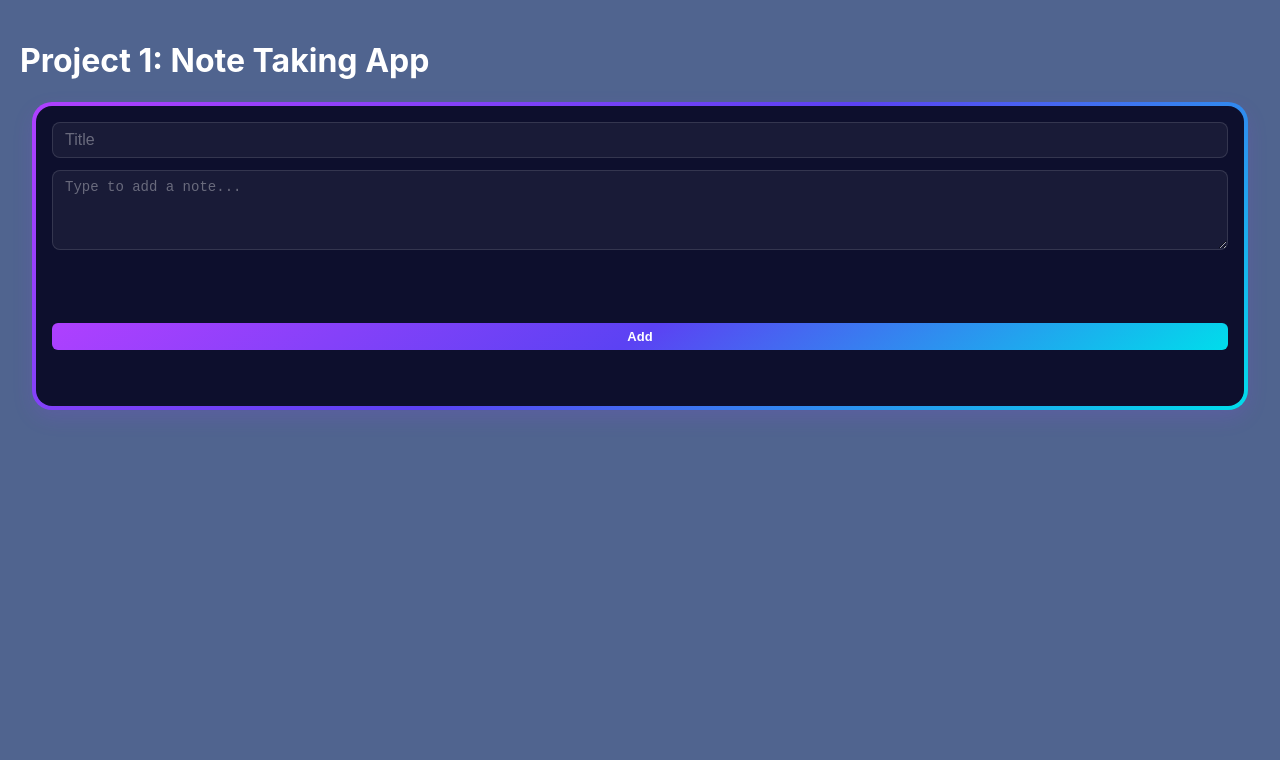
Repository: AJANI2005/Notes-App
Page: /
The author's editor kept a copy of each file at every save. The page is drawn from the files as they stood at one save, then again after the next save.
The browser window is 1280 px wide. The pictures show the whole page.
The project was rebuilt for these pictures with package versions that can differ from the ones it lists, and the page was loaded fresh each time. Also part of the build but not shown: vite.config.ts, src/App.css, src/style/dialogbox.css, src/DialogBox.tsx.

Above is the page before, as saved 2025-07-31 19:01:47.

### src/index.css
:root {
  font-family: system-ui, Avenir, Helvetica, Arial, sans-serif;
  font-synthesis: none;
  text-rendering: optimizeLegibility;
  -webkit-font-smoothing: antialiased;
  -moz-osx-font-smoothing: grayscale;
}

body {
    margin: 0;
    font-family: 'Inter', sans-serif;
    min-height: 100vh;
    padding: 20px;
    background-color: #50648f;
    color: white;
}

### src/App.tsx
import { useEffect, useState } from 'react';

// styles
import "./App.css"
import "./style/note.css"
import DialogBox from './DialogBox';


interface Note {
  id: number
  title: string;
  text: string;
}

const Note = () => {
  const [text, setText] = useState('');
  const [title, setTitle] = useState('');


  //Initialize Local Storage
  useEffect(() => {
    if (!localStorage.getItem("notes")) {
      localStorage.setItem("notes", JSON.stringify([]))
    }
    if (localStorage.getItem("title")) {
      setTitle(JSON.parse(localStorage.getItem("title")!))
    }
    if (localStorage.getItem("text")) {
      setText(JSON.parse(localStorage.getItem("text")!))
    }
  }, [])

  // Store Current Data (On Refresh)
  useEffect(() => {
    if (text === '' && title === '') return
    localStorage.setItem("title", JSON.stringify(title))
    localStorage.setItem("text", JSON.stringify(text))
  }, [text, title])

  const createNote = () => {
    const note = {
      id: Date.now(),
      title: title,
      text: text
    } as Note

    // add note
    const notes = JSON.parse(localStorage.getItem("notes")!)
    notes.push(note)
    localStorage.setItem("notes", JSON.stringify(notes))

    // reset state
    setTitle("")
    setText("")
    localStorage.setItem("title", JSON.stringify(""))
    localStorage.setItem("text", JSON.stringify(""))
  }

  return (
    <form className='note'>
      <div className="note-content">
        <input
          value={title}
          placeholder='Title'
          onChange={(e) => setTitle(e.target.value)}
          type="text" className='note-title-input' />
        <textarea
          value={text}
          onChange={(e) => setText(e.target.value)}
          className='note-input'
          placeholder='Type to add a note...'></textarea>
        <button className='addBtn' onClick={createNote}>Add</button>
      </div>

    </form>
  )
}

function App() {

  const [notes, setNotes] = useState([]);



  const [editing, setEditing] = useState(false);
  const [currentNote, setCurrentNote] = useState<Note | undefined>(undefined);


  //Initialize Local Storage
  useEffect(() => {
    if (localStorage.getItem("notes")) {
      setNotes(JSON.parse(localStorage.getItem("notes")!))
    }
  }, [])

  //Save current note
  const saveNote = () => {
    const notes = JSON.parse(localStorage.getItem("notes")!)
    const index = notes.findIndex((note: Note) => note.id === currentNote?.id)
    notes[index] = currentNote
    localStorage.setItem("notes", JSON.stringify(notes))
    setEditing(false)
    // refresh
    window.location.reload()
  }
  //Delete note
  const deleteNote = () => {
    const notes = JSON.parse(localStorage.getItem("notes")!)
    const index = notes.findIndex((note: Note) => note.id === currentNote?.id)
    notes.splice(index, 1)
    localStorage.setItem("notes", JSON.stringify(notes))
    setEditing(false)
    // refresh
    window.location.reload()
  }

  return (
    <div className='app'>
      <h1>Project 1: Note Taking App</h1>
      <Note />
      {/* Display Notes */}
      <div className='notes-grid'>
        {notes.map((note: Note, index) => (
          <div key={index} className='note'>
            <div className='note-content'>
              <h2 className='note-title'>{note.title}</h2>
              <p className='note-text'>{note.text}</p>
              <button className='deleteBtn'
                onClick={deleteNote}>✖</button>
              <button className='editBtn' onClick={() => {
                setEditing(true);
                setCurrentNote(note);
              }}
              >📝</button>
            </div>
          </div>))}
      </div>

      {/* Edit Dialog Box */}
      <DialogBox isOpen={editing} onClose={() => setEditing(false)}>
        <form className='note'>
          <div className='note-content'>
            <input
              value={currentNote?.title}
              placeholder='Title'
              onChange={(e) => setCurrentNote({ ...currentNote, title: e.target.value } as Note)}
              type="text" className='note-title-input' />

            <textarea
              value={currentNote?.text}
              onChange={(e) => setCurrentNote({ ...currentNote, text: e.target.value } as Note)}
              className='note-input'
              placeholder='Type to add a note...'></textarea>

            <button className='addBtn' onClick={() => {
              saveNote()
              setEditing(false)
            }}>Save</button>
          </div>
        </form>
      </DialogBox>
    </div>
  )
}

export default App

### src/style/note.css
/* Make all elements respect card boundaries */
/* --- Note Card --- */
.note {
  display: flex;
  flex-direction: column;
  min-width: 280px;
  min-height: 300px;
  padding: 4px; /* Gradient border thickness */
  border-radius: 20px;
  background: linear-gradient(145deg, #af40ff, #5b42f3 50%, #00ddeb);
  box-shadow: rgba(151, 65, 252, 0.15) 0 8px 20px;
  margin: 12px;
  position: relative;
  transition: transform 0.2s ease, box-shadow 0.2s ease;
  overflow: hidden; /* ensures no element spills outside */
}

.note:hover {
  transform: translateY(-4px);
  box-shadow: rgba(151, 65, 252, 0.25) 0 12px 28px;
}

/* Inner dark surface */
.note-content {
  flex: 1;
  display: flex;
  flex-direction: column;
  gap: 12px;
  padding: 16px;
  padding-bottom: 56px; /* space for buttons */
  border-radius: 16px;
  background: #0d0f2d;
  color: white;
  position: relative;
  overflow: hidden;
}

/* --- Inputs --- */
.note-title-input,
.note-input {
  box-sizing: border-box;
  width: 100%;
  border-radius: 8px;
  border: 1px solid rgba(255, 255, 255, 0.12);
  background: rgba(255, 255, 255, 0.05);
  color: white;
  outline: none;
  padding: 8px 12px;
  transition: 0.2s border-color, 0.2s background-color;
}

.note-title-input::placeholder,
.note-input::placeholder {
  color: rgba(255, 255, 255, 0.35);
}

.note-title-input {
  font-size: 16px;
  font-weight: 500;
}

.note-input {
  min-height: 80px;
  font-size: 14px;
  resize: vertical;
}

.note-title-input:focus,
.note-input:focus {
  border-color: #5b42f3;
  background: rgba(255, 255, 255, 0.1);
}

/* --- Buttons --- */
.addBtn,
.deleteBtn,
.editBtn {
  border: none;
  padding: 6px 12px;
  font-size: 13px;
  font-weight: 600;
  border-radius: 6px;
  cursor: pointer;
  color: white;
  transition: transform 0.2s ease, filter 0.2s ease;
}

/* Primary Add Button */
.addBtn {
  background: linear-gradient(145deg, #af40ff, #5b42f3 50%, #00ddeb);
  margin-top: auto;
}

.addBtn:hover {
  transform: scale(1.05);
  filter: brightness(1.1);
}

/* Action buttons at bottom-left */
.deleteBtn,
.editBtn {
  position: absolute;
  bottom: 12px;
}

.deleteBtn {
  left: 12px;
  background: linear-gradient(145deg, #ff416c, #ff4b2b); /* neon pink-red */
}

.deleteBtn:hover {
  transform: scale(1.05);
  filter: brightness(1.1);
}

.editBtn {
  left: 60px;
  background: linear-gradient(145deg, #00c9ff, #92fe9d); /* cyan-green neon */
  color: #0d0f2d;
}

.editBtn:hover {
  transform: scale(1.05);
  filter: brightness(1.1);
}

/* --- Note Display --- */
.note-title {
  font-size: 18px;
  font-weight: 600;
  color: white;
  margin-bottom: 4px;

}

.note-text {
  font-size: 14px;
  color: rgba(255, 255, 255, 0.85);
  line-height: 1.5;
  white-space: pre-wrap;
}

/* --- Grid for Notes --- */
.notes-grid {
  display: grid;
  grid-template-columns: repeat(auto-fill, minmax(250px, 1fr));
  gap: 24px;
  padding: 20px;
  justify-items: center;
}

Loaded but not shown: index.html (common file); src/main.tsx (common file)

After the next save:
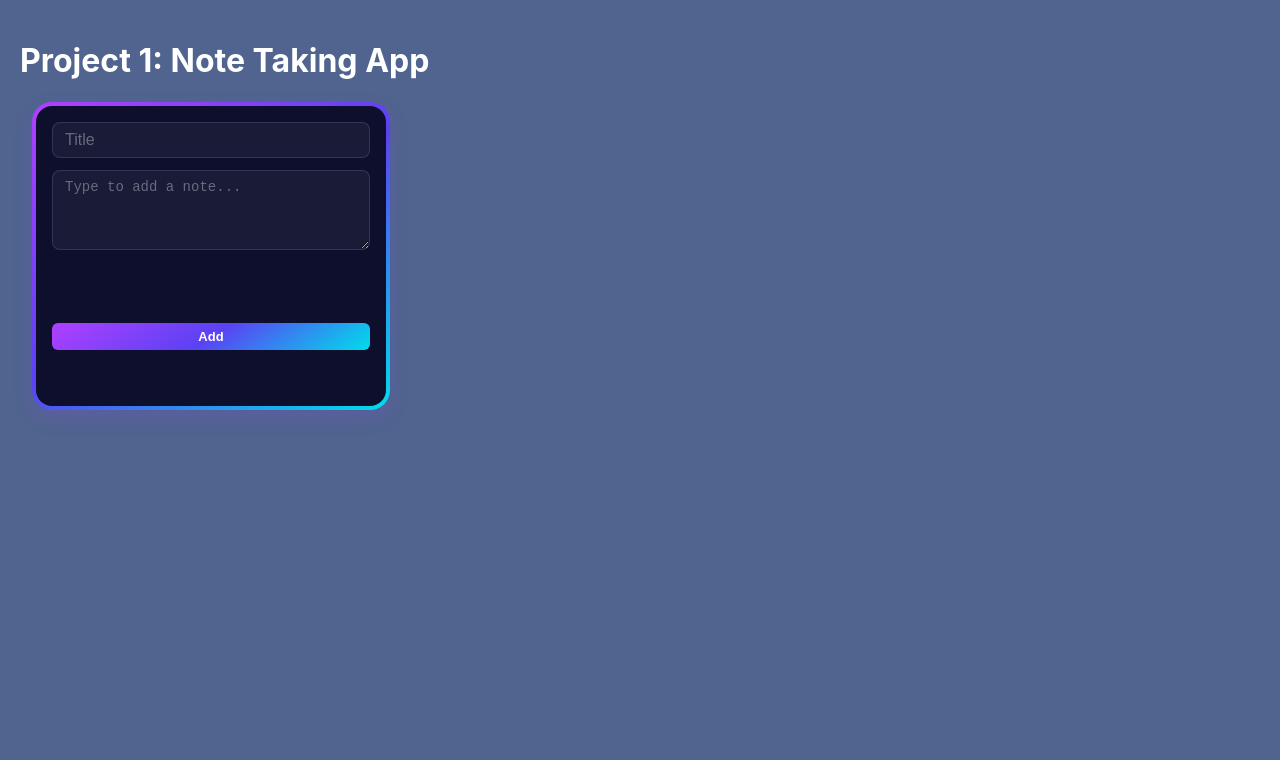
Saved 13 s later.
--- a/src/style/note.css
+++ b/src/style/note.css
@@ -4,6 +4,7 @@
   display: flex;
   flex-direction: column;
   min-width: 280px;
+  max-width: 350px;
   min-height: 300px;
   padding: 4px; /* Gradient border thickness */
   border-radius: 20px;
